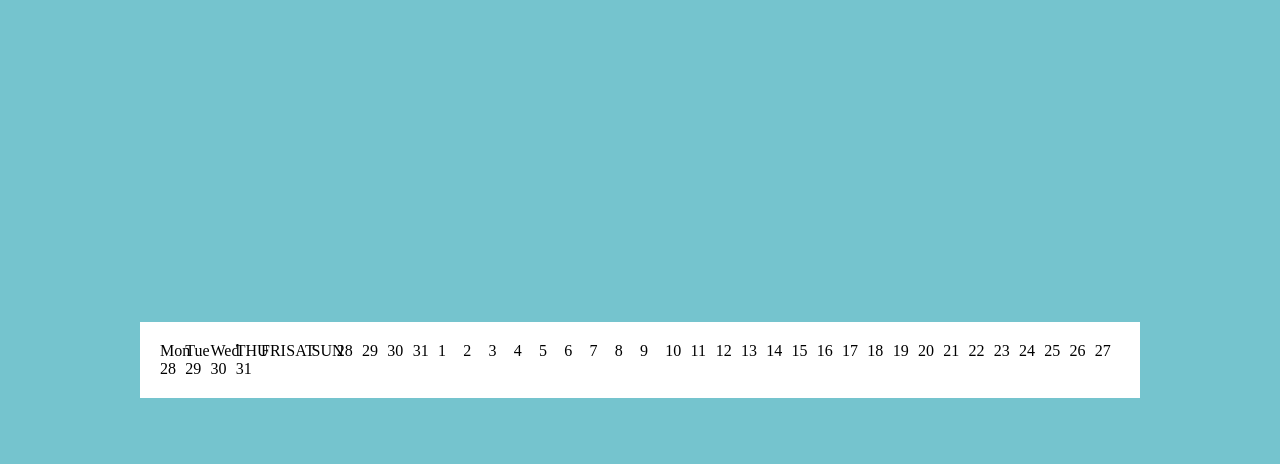
Repository: KYUUBI-K/HTML
Page: За 1 курс/Лаб 4/calendar.html
An editor plug-in stored every save of this project. The page is shown before and after the next save, followed by the edit.
The browser window is 1280 px wide. The pictures show the whole page.

Above is the page before, as saved 2021-03-30 13:16:59.

### За 1 курс/Лаб 4/calendar.html
<!DOCTYPE html>
<html lang="en">
<head>
    <meta charset="UTF-8">
    <meta http-equiv="X-UA-Compatible" content="IE=edge">
    <meta name="viewport" content="width=device-width, initial-scale=1.0">
    <title>Document</title>
    <link rel="stylesheet" href="for_calend.css">
</head>
<body style="background-color:rgba(80, 181, 194, 0.788) ;">
    <div class="calendar">
        <div class="date">
            <div class="day">Mon</div>
            <div class="day">Tue</div>
            <div class="day">Wed</div>
            <div class="day">THU</div>
            <div class="day">FRI</div>
            <div class="day">SAT</div>
            <div class="day">SUN</div>
            <div class="number">28</div>
            <div class="number">29</div>
            <div class="number">30</div>
            <div class="number">31</div>
            <div class="number">1</div>
            <div class="number">2</div>
            <div class="number">3</div>
            <div class="number">4</div>
            <div class="number">5</div>
            <div class="number">6</div>
            <div class="number">7</div>
            <div class="number">8</div>
            <div class="number">9</div>
            <div class="number">10</div>
            <div class="number">11</div>
            <div class="number">12</div>
            <div class="number">13</div>
            <div class="number">14</div>
            <div class="number">15</div>
            <div class="number">16</div>
            <div class="number">17</div>
            <div class="number">18</div>
            <div class="number">19</div>
            <div class="number">20</div>
            <div class="number">21</div>
            <div class="number">22</div>
            <div class="number">23</div>
            <div class="number">24</div>
            <div class="number">25</div>
            <div class="number">26</div>
            <div class="number">27</div>
            <div class="number">28</div>
            <div class="number">29</div>
            <div class="number">30</div>
            <div class="number">31</div>
        </div>
    </div>
</body>
</html>

### За 1 курс/Лаб 4/for_calend.css
body{
    margin:0;
    padding: 0;
    display: flex;
    justify-content: center;
    align-items: center;
    height: 100vh;
}
.calendar{
    width: 1000px;
    height: auto;
    background-color: white;
    box-sizing: border-box;

}
.calendar .date{
    padding: 20px;
    display: grid;
    grid-template-columns: repeat(auto-fit,minmax(25px,1fr));
}

After the next save:
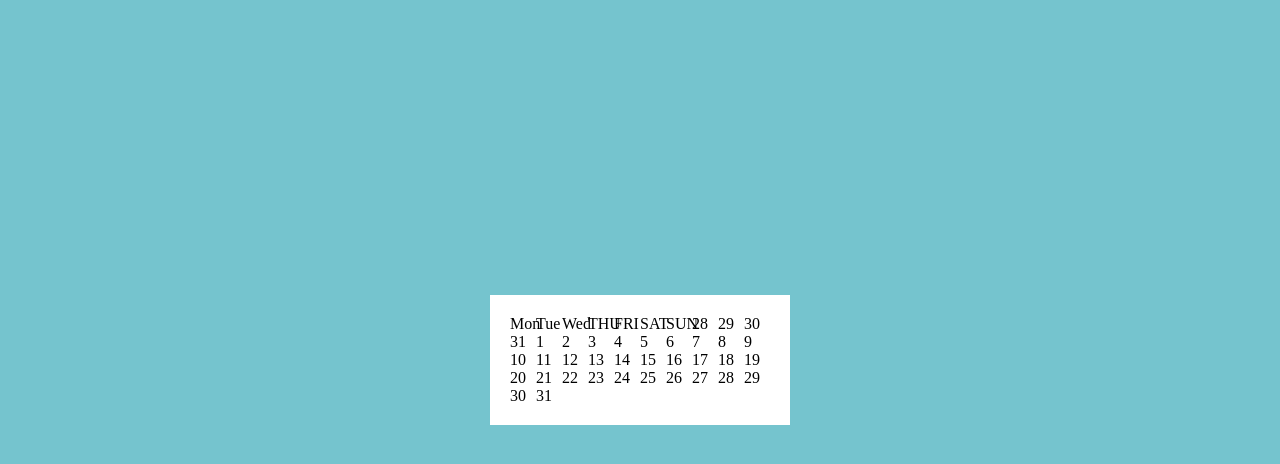
Saved 5 s later.
--- a/За 1 курс/Лаб 4/for_calend.css
+++ b/За 1 курс/Лаб 4/for_calend.css
@@ -7,7 +7,7 @@ body{
     height: 100vh;
 }
 .calendar{
-    width: 1000px;
+    width: 300px;
     height: auto;
     background-color: white;
     box-sizing: border-box;
